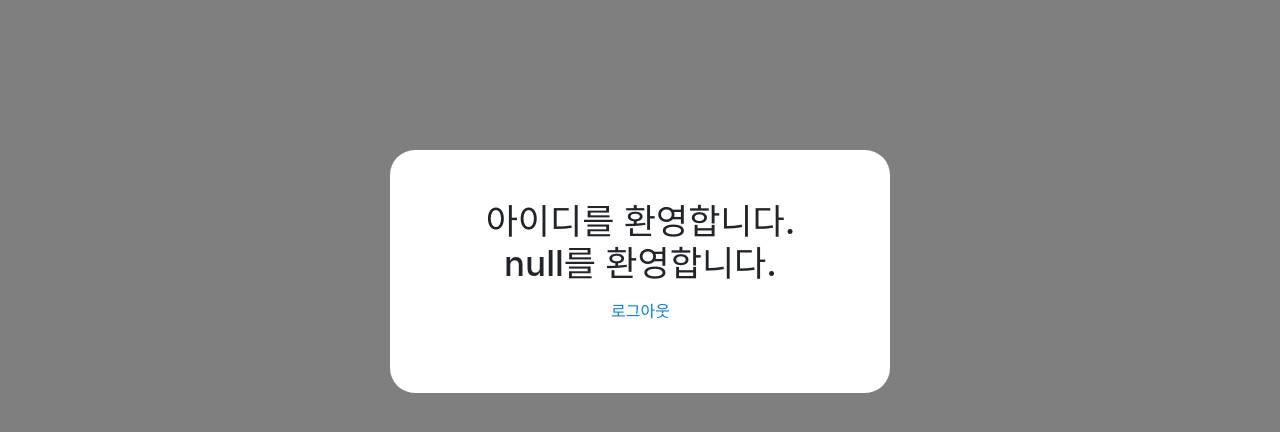
Repository: Jungsol/Servlet_JSP_study
Page: http://localhost/JSP/ex13Login/loginTrue.jsp
These files come from the project's save history. The page is drawn as it stood at one moment and after the next save; the edit follows.
The browser window is 1280 px wide. The pictures show the whole page.
Some web libraries are served in a nearby version. The page is served by Tomcat 9. Other server files are loaded and not shown.

Above is the page before, as saved 2023-06-16 14:26:27.
Console error: TypeError: Cannot read properties of undefined (reading 'fn')

### JSP/src/main/webapp/ex13Login/loginTrue.jsp
<%@ page language="java" contentType="text/html; charset=EUC-KR"
    pageEncoding="EUC-KR"%>
<!DOCTYPE html>
<html>
<head>
	<meta charset="EUC-KR">
	<title>Insert title here</title>
	<link href="//maxcdn.bootstrapcdn.com/bootstrap/4.1.1/css/bootstrap.min.css" rel="stylesheet" id="bootstrap-css">
	<link href="login.css" rel="stylesheet">
	<script src="//maxcdn.bootstrapcdn.com/bootstrap/4.1.1/js/bootstrap.min.js"></script>
	<script src="//cdnjs.cloudflare.com/ajax/libs/jquery/3.2.1/jquery.min.js"></script>
</head>
<body id="LoginForm">
	<div class="container">
		<div class="main-div">
			<div class="panel">
				<!-- id를 웹페이지에 출력하시오. -->
				<h1>아이디를 환영합니다.</h1>
				<%-- <h1><%=request.getParameter("nick") %>를 환영합니다.</h1> --%>
				<h1><%=session.getAttribute("user_nick") %>를 환영합니다.</h1>

				<a href="logout.jsp">로그아웃</a>


			</div>
		</div>
	</div>

</body>
</html>

### JSP/src/main/webapp/ex13Login/login.css
@charset "EUC-KR";

@charset "EUC-KR";

body#LoginForm {
	background-color: rgba(0,0,0,0.5);
}

.form-heading {
	color: #fff;
	font-size: 23px;
}

.panel h2 {
	color: #444444;
	font-size: 18px;
	margin: 0 0 8px 0;
}

.panel h1{
	font-size: 35px;
	margin: 0;
	text-align: center;
}

.panel p {
	color: #777777;
	font-size: 14px;
	margin-bottom: 30px;
	line-height: 24px;
}
.panel a{
	display: block;
	text-align: center;
	margin-top: 15px;
}

.login-form .form-control {
	background: #f7f7f7 none repeat scroll 0 0;
	border: 1px solid #d4d4d4;
	border-radius: 4px;
	font-size: 14px;
	height: 50px;
	line-height: 50px;
}

.main-div {
	background: #ffffff none repeat scroll 0 0;
	border-radius: 25px;
	margin: 150px auto 30px;
	width:500px;
	padding: 50px 70px 70px 71px;
}

.login-form .form-group {
	margin-bottom: 10px;
}

.login-form {
	text-align: center;
}

.login-form  .btn.btn-primary {
	background: #f0ad4e none repeat scroll 0 0;
	border-color: #f0ad4e;
	color: #ffffff;
	font-size: 14px;
	width: 100%;
	height: 50px;
	line-height: 50px;
	padding: 0;
}

.botto-text {
	color: #ffffff;
	font-size: 14px;
	margin: auto;
}

.login-form .btn.btn-primary.reset {
	background: #ff9900 none repeat scroll 0 0;
}

.back {
	text-align: left;
	margin-top: 10px;
}

.back a {
	color: #444444;
	font-size: 13px;
	text-decoration: none;
}

After the next save:
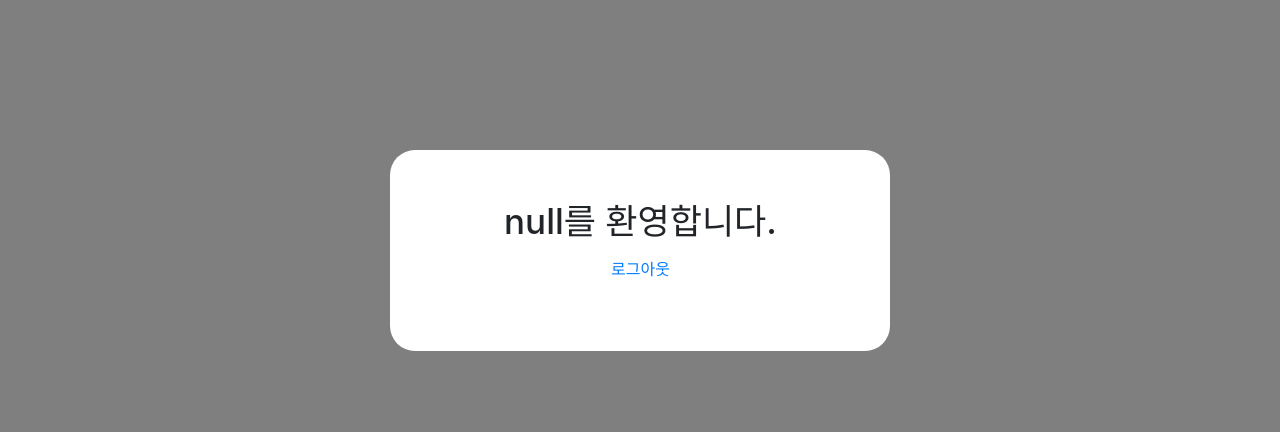
Saved 60 s later.
--- a/JSP/src/main/webapp/ex13Login/loginTrue.jsp
+++ b/JSP/src/main/webapp/ex13Login/loginTrue.jsp
@@ -15,9 +15,9 @@
 		<div class="main-div">
 			<div class="panel">
 				<!-- id를 웹페이지에 출력하시오. -->
-				<h1>아이디를 환영합니다.</h1>
-				<%-- <h1><%=request.getParameter("nick") %>를 환영합니다.</h1> --%>
-				<h1><%=session.getAttribute("user_nick") %>를 환영합니다.</h1>
+
+				<h1><%=request.getParameter("nick") %>를 환영합니다.</h1>
+				<%-- <h1><%=session.getAttribute("user_nick") %>를 환영합니다.</h1> --%>
 
 				<a href="logout.jsp">로그아웃</a>
 
